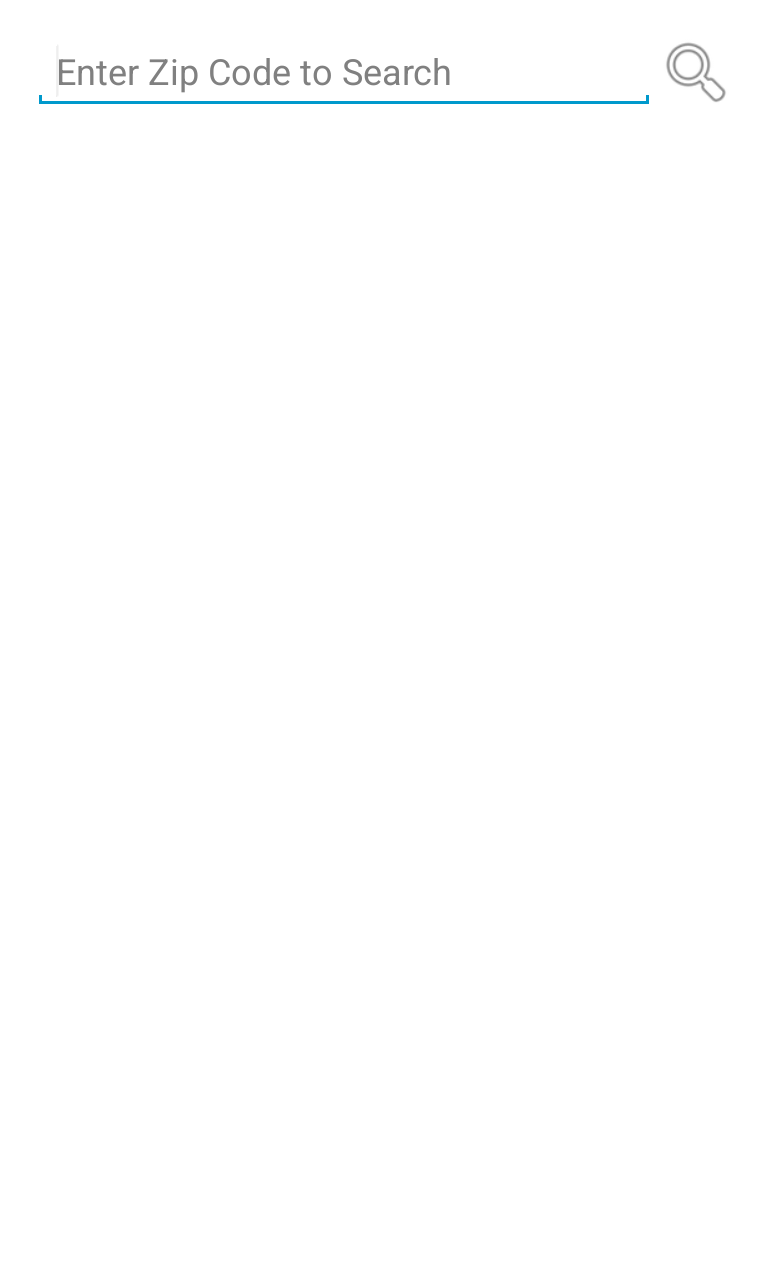
Repository: fsoDannis/J2_913
Layout: WeatherPull/res/layout/activity_main.xml
These files come from the project's save history. The layout is drawn as it stood at one moment and after the next save; the edit follows.
It is drawn on a 768 x 1280 px phone screen (xhdpi) without system bars, with theme AppTheme; the app's code is not run. Lists and similar views that code fills are empty.

Above is the layout before, as saved 2013-09-15 01:17:26.

After the next save:
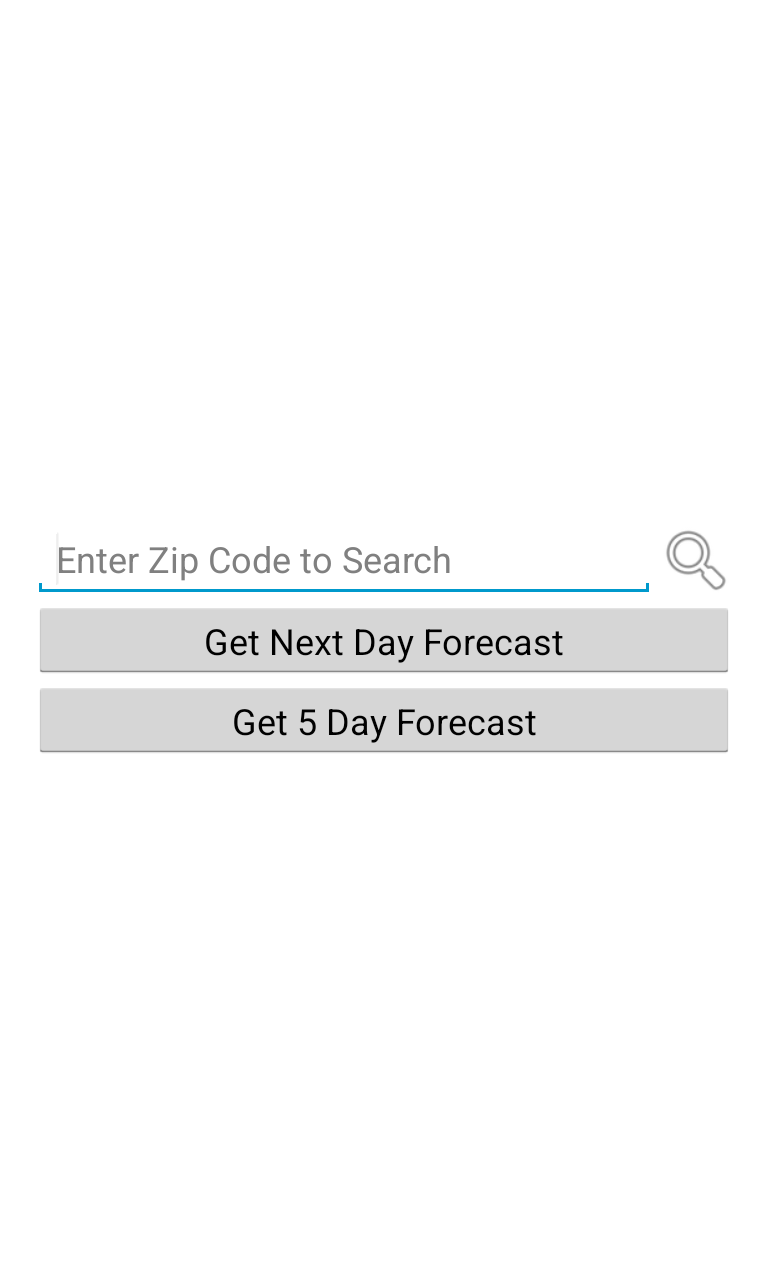
Saved 5 min 0 s later.
--- a/WeatherPull/res/layout/activity_main.xml
+++ b/WeatherPull/res/layout/activity_main.xml
@@ -38,12 +38,32 @@
             tools:ignore="ContentDescription" />
     </LinearLayout>
 
-    <TextView
-        android:id="@+id/resultTextView"
-        android:layout_width="match_parent"
-        android:layout_height="match_parent"
-        android:layout_marginTop="5dp"
-        android:autoLink="all"
-        android:text="" />
+            <Button
+                android:id="@+id/1day"
+                android:layout_width="match_parent"
+                android:layout_height="40dp"
+                android:text="Get Next Day Forecast"
+                tools:ignore="ContentDescription" />
+
+            <Button
+                android:id="@+id/5day"
+                android:layout_width="match_parent"
+                android:layout_height="40dp"
+                android:text="Get 5 Day Forecast"
+                tools:ignore="ContentDescription" />
+
+	<LinearLayout
+android:layout_width="match_parent"
+        android:layout_height="wrap_content"
+        android:orientation="vertical">
+
+        <ListView
+            android:id="@+id/list"
+            android:layout_width="match_parent"
+            android:layout_height="match_parent"
+            android:drawSelectorOnTop="false">
+        </ListView>
 
 </LinearLayout>
+
+</LinearLayout>
